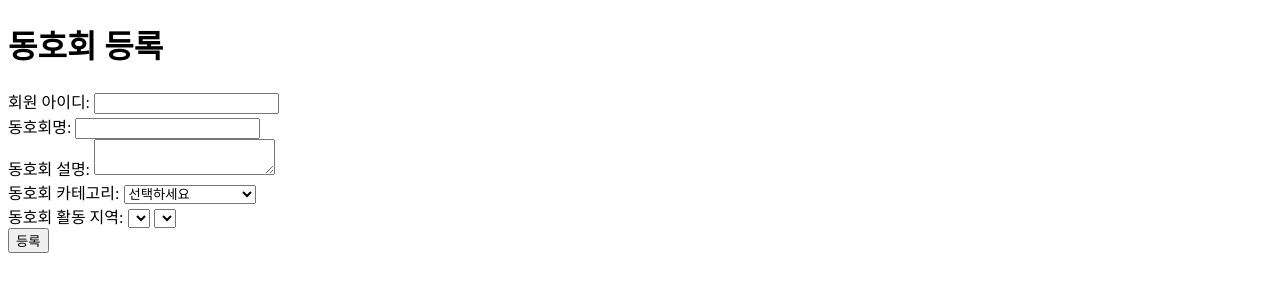
Repository: HB1112/cloud
Page: http://localhost/Solocare/WEB-INF/views/club/clubregist.jsp
An editor plug-in stored every save of this project. The page is shown before and after the next save, followed by the edit.
The browser window is 1280 px wide. The pictures show the whole page.
The page is served by Tomcat 9. Nobody is signed in. The template is opened directly, without the code that normally fills it, so the values that code supplies are empty.

Above is the page before, as saved 2024-12-16 03:49:12.

After the next save:
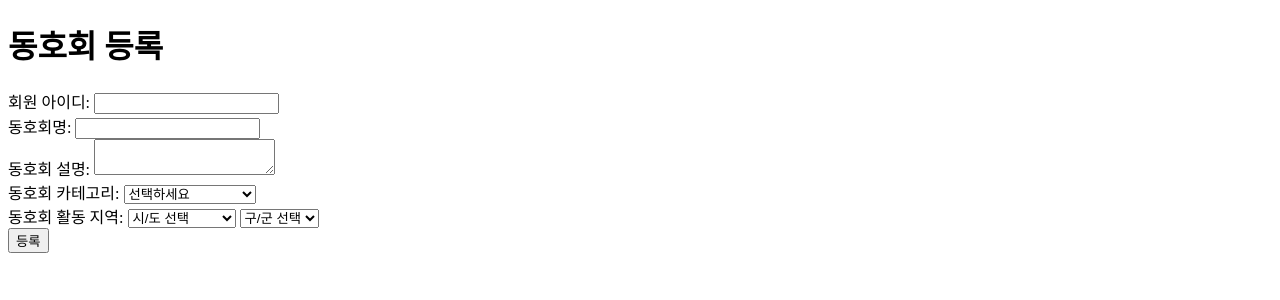
Saved 64 s later.
--- a/Solocare/src/main/webapp/WEB-INF/views/club/clubregist.jsp
+++ b/Solocare/src/main/webapp/WEB-INF/views/club/clubregist.jsp
@@ -63,7 +63,7 @@ $('document').ready(function() {
     var area16 = ["서귀포시", "제주시"];
 
     // 시/도 선택 박스 초기화
-    $("select[name^=sido]").each(function() {
+    $("select[name^=region]").each(function() {
         $selsido = $(this);
         $.each(area0, function() {
             $selsido.append("<option value='" + this + "'>" + this + "</option>");
@@ -72,7 +72,7 @@ $('document').ready(function() {
     });
 
     // 시/도 선택시 구/군 설정
-    $("select[name^=sido]").change(function() {
+    $("select[name^=region]").change(function() {
         var area = "area" + $("option", $(this)).index($("option:selected", $(this))); // 선택지역의 구군 Array
         var $gugun = $(this).next(); // 선택영역 군구 객체
         $("option", $gugun).remove(); // 구군 초기화
